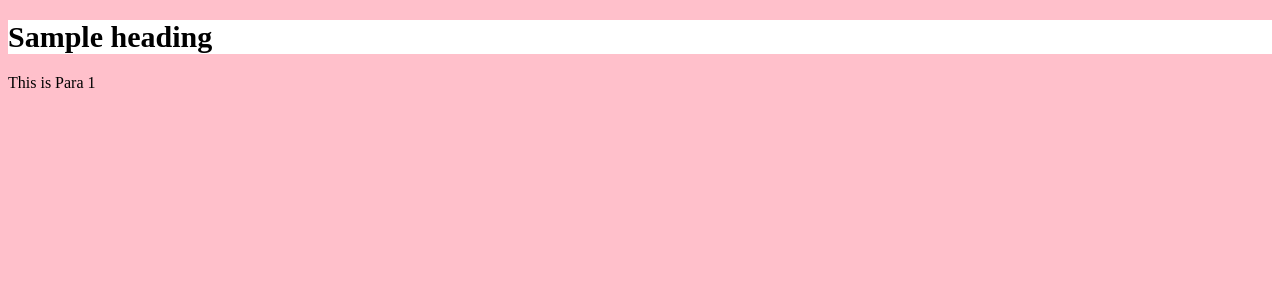
Repository: jbn-aman/wiprobatch1
Page: project/work/html/mywebapp/public/pages/cssdemo/backgrounddemo.html
The author's editor kept a copy of each file at every save. The page is drawn from the files as they stood at one save, then again after the next save.
The browser window is 1280 px wide. The pictures show the whole page.

Above is the page before, as saved 2024-04-01 13:01:52.

After the next save:
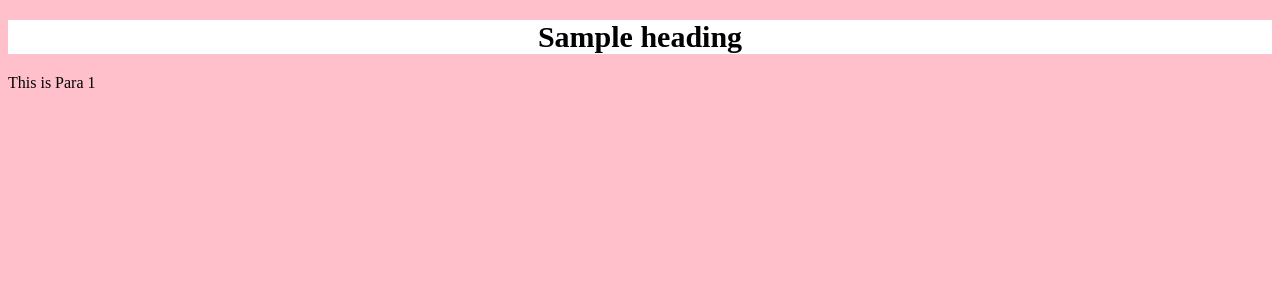
Saved 22 s later.
--- a/project/work/html/mywebapp/public/pages/cssdemo/backgrounddemo.html
+++ b/project/work/html/mywebapp/public/pages/cssdemo/backgrounddemo.html
@@ -10,7 +10,7 @@ body {
 	}
 
 h1 {
-	background-color:white; font-size:30px;
+	background-color:white;text-align : center; font-size:30px;
 }
 </style>
 
